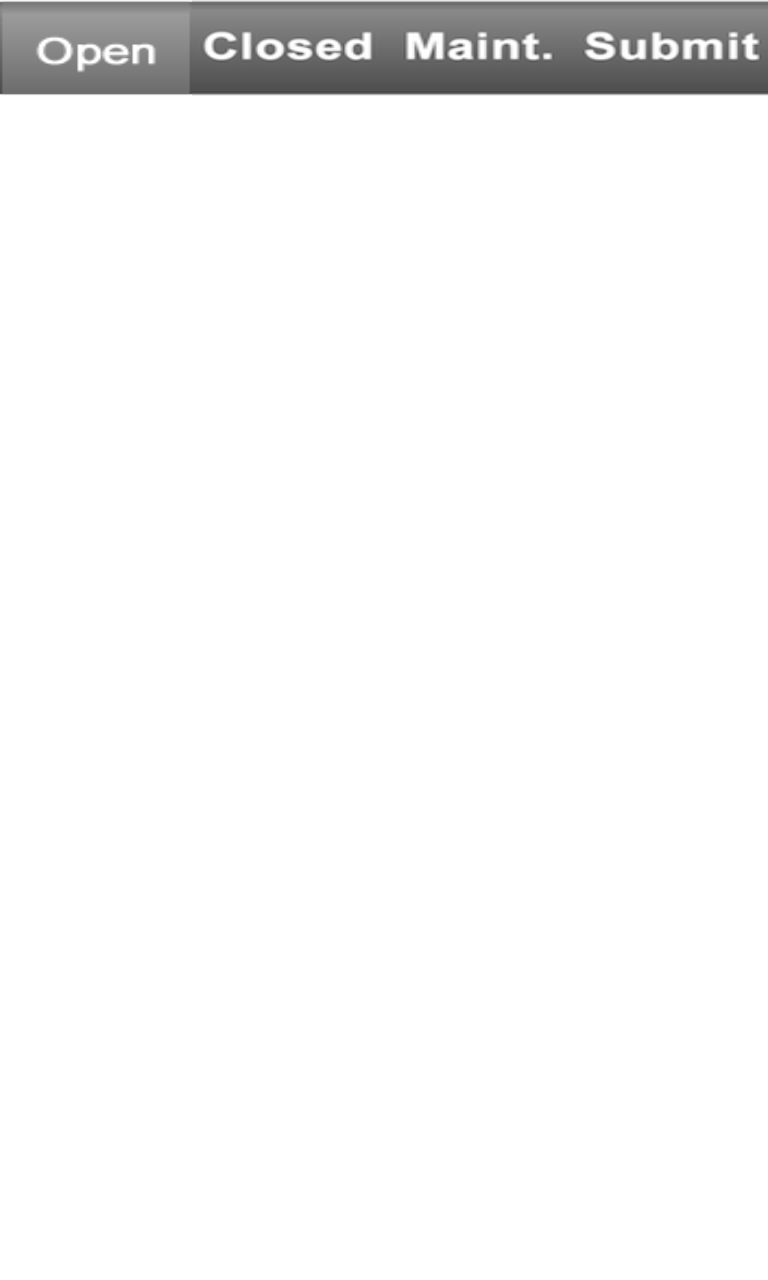
Repository: Pradeep-appstute/First
Layout: Control/res/layout/fragment_tickets.xml
An editor plug-in stored every save of this project. The layout is shown before and after the next save, followed by the edit.
It is drawn on a 768 x 1280 px phone screen (xhdpi) without system bars, with theme AppTheme; the app's code is not run. Lists and similar views that code fills are empty.

Above is the layout before, as saved 2014-02-11 14:24:27.

After the next save:
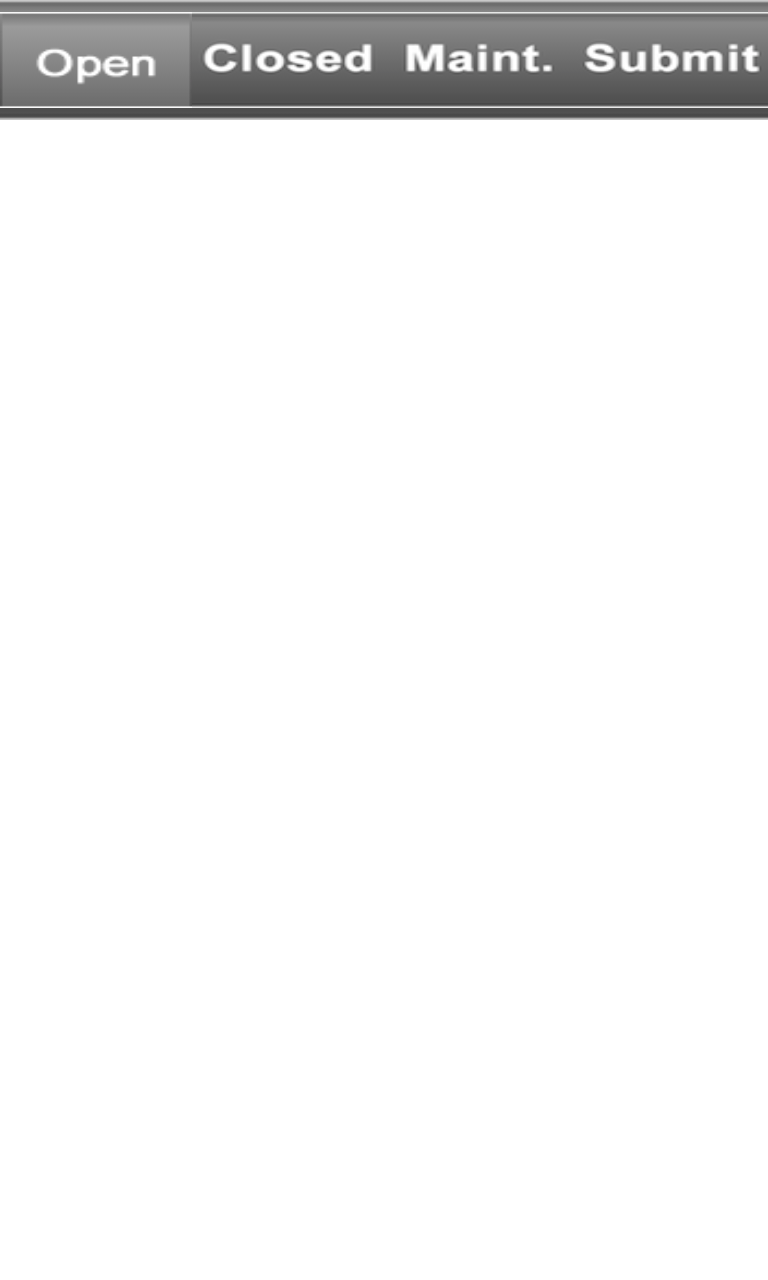
Saved 43 s later.
--- a/Control/res/layout/fragment_tickets.xml
+++ b/Control/res/layout/fragment_tickets.xml
@@ -14,7 +14,7 @@
 
     <LinearLayout
         android:layout_width="match_parent"
-        android:layout_height="wrap_content"
+        android:layout_height="60dp"
         android:gravity="center"
         android:orientation="horizontal"
             android:background="@drawable/img_tickettypebg"
